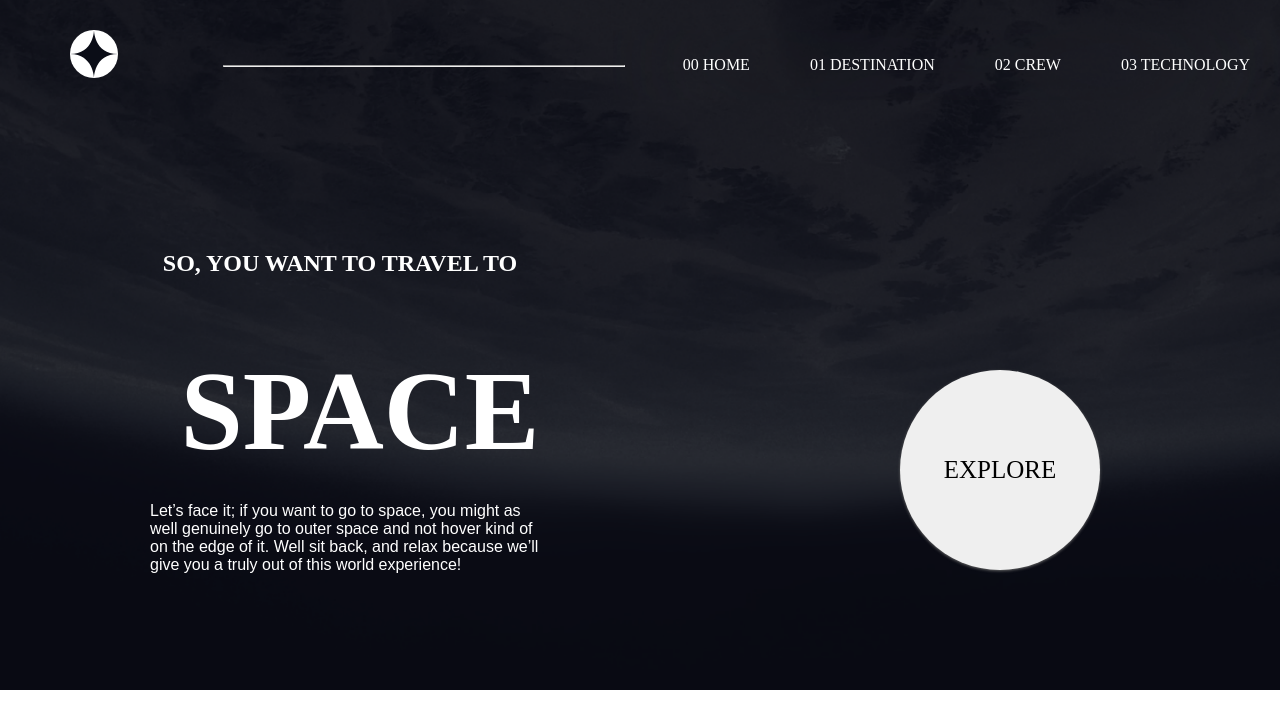
Repository: batonAnton/space_tourism
Page: crew.html
These files come from the project's save history. The page is drawn as it stood at one moment and after the next save; the edit follows.
The browser window is 1280 px wide. The pictures show the whole page.
Some web fonts or font styles are not loaded; a fallback is used.

Above is the page before, as saved 2022-05-20 15:23:14.

After the next save:
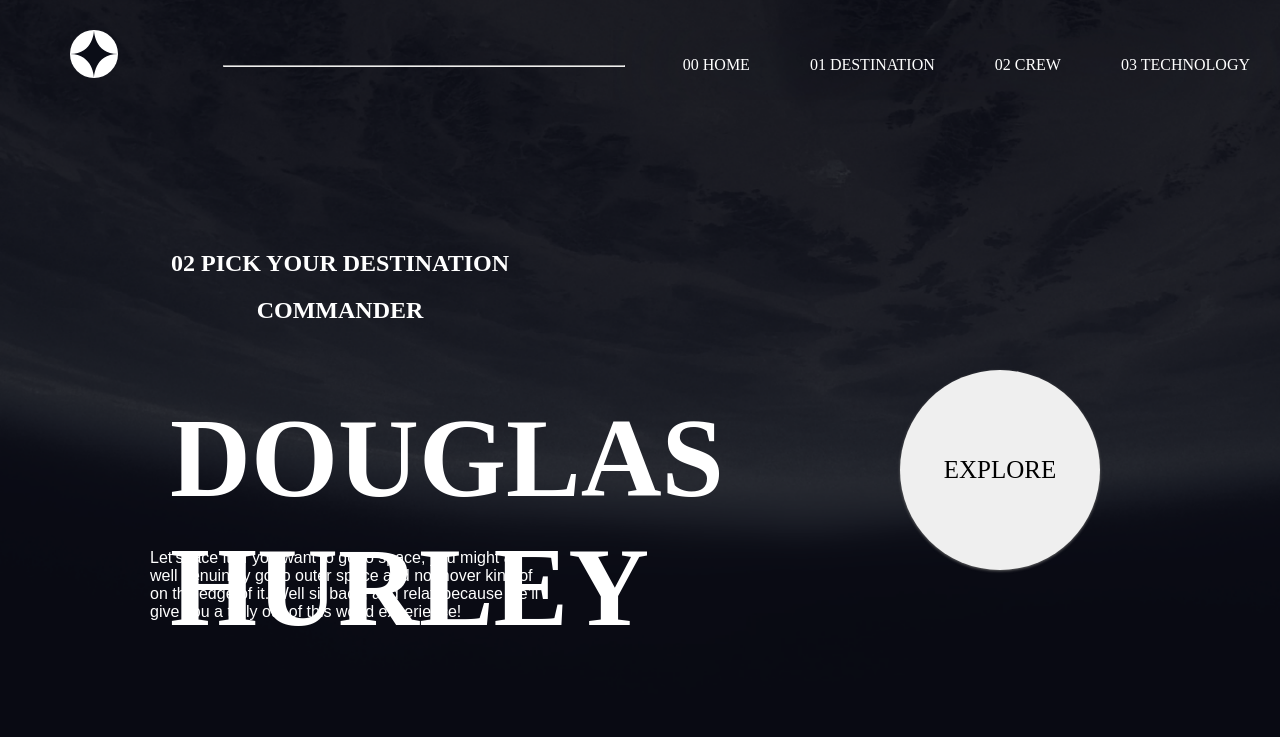
Saved 37 s later.
--- a/crew.html
+++ b/crew.html
@@ -45,8 +45,9 @@
         <div class="middle_container">
 
             <div class="get-info">
-                <h2>so, you want to travel to</h2>
-                <h1>space</h1>
+                <h2 class="h2_planet"> <span>02</span> pick your destination</h2>
+                <h2>commander</h2>
+                <h1>douglas hurley</h1>
                 <p>Let’s face it; if you want to go to space, you might as well genuinely go to outer space and not hover kind of on the edge of it. Well sit back, and relax because we’ll give you a truly out of this world experience!</p>
             </div>
 
